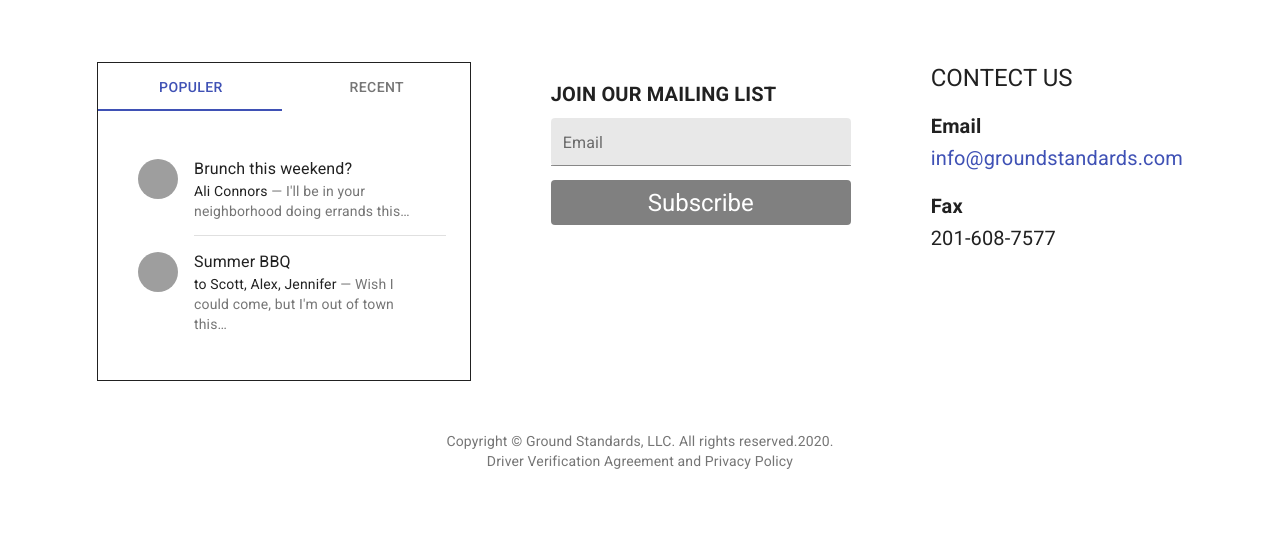
Repository: vinuvish/groundstandards_react
Page: /ourSolution
The author's editor kept a copy of each file at every save. The page is drawn from the files as they stood at one save, then again after the next save.
The browser window is 1280 px wide. The pictures show the part of the page from y = 300 to 951 px (the page is 851 px tall before and 951 px after).
Pictures or frames that could not be fetched are drawn as grey boxes. The page's requests for data from a server got no answer. The project was rebuilt for these pictures with package versions that can differ from the ones it lists, and the page was loaded fresh each time. No one was signed in, and anything a server would have sent is missing. Also part of the build but not shown: src/pages/app/NotFoundPage.tsx, src/pages/app/SignUpPage.tsx, src/pages/app/AboutPage.tsx, src/pages/app/OurPartnerPage.tsx, src/pages/app/ResourcePage.tsx, src/pages/app/PressPage.tsx, src/pages/app/BlockPage.tsx, src/pages/app/ContactPage.tsx and 4 more. Imported but missing from the stored project, and not drawn on this page: src/assets/video/video-2.mp4.

Above is the page before, as saved 2020-12-02 21:54:45.

### public/index.html
<!DOCTYPE html>
<html lang="en">
  <head>
    <meta charset="utf-8" />
    <link rel="icon" href="%PUBLIC_URL%/favicon.png" />
    <meta name="viewport" content="width=device-width, initial-scale=1" />
    <meta name="theme-color" content="#000000" />
    <meta name="description" content="Web site created using create-react-app" />
    <link rel="apple-touch-icon" href="%PUBLIC_URL%/logo192.png" />
    <link rel="stylesheet" href="https://fonts.googleapis.com/css?family=Roboto:300,400,500,700&display=swap" />
    <link rel="stylesheet" href="https://fonts.googleapis.com/icon?family=Material+Icons" />
    <!--
      manifest.json provides metadata used when your web app is installed on a
      user's mobile device or desktop. See https://developers.google.com/web/fundamentals/web-app-manifest/
    -->
    <link rel="manifest" href="%PUBLIC_URL%/manifest.json" />
    <!--
      Notice the use of %PUBLIC_URL% in the tags above.
      It will be replaced with the URL of the `public` folder during the build.
      Only files inside the `public` folder can be referenced from the HTML.

      Unlike "/favicon.ico" or "favicon.ico", "%PUBLIC_URL%/favicon.ico" will
      work correctly both with client-side routing and a non-root public URL.
      Learn how to configure a non-root public URL by running `npm run build`.
    -->
    <title>Ground Standard</title>
  </head>
  <body>
    <noscript>You need to enable JavaScript to run this app.</noscript>
    <div id="root"></div>
    <!--
      This HTML file is a template.
      If you open it directly in the browser, you will see an empty page.

      You can add webfonts, meta tags, or analytics to this file.
      The build step will place the bundled scripts into the <body> tag.

      To begin the development, run `npm start` or `yarn start`.
      To create a production bundle, use `npm run build` or `yarn build`.
    -->
  </body>
</html>

### src/App.tsx
import { CssBaseline, MuiThemeProvider, StylesProvider } from '@material-ui/core';
import { SnackbarProvider } from 'notistack';
import React from 'react';
import { theme } from './app_utils/MuiTheme';
import AppRouterRoutes from './AppRoutes';
import { useAppStore } from './models_stores/appStore';

function App() {
  const streamAuthUser = useAppStore((state) => state.streamAuthUser);
  const streamProducts = useAppStore((state) => state.streamDocuments);
  const streamCategories = useAppStore((state) => state.streamNotifications);
  const streamUsers = useAppStore((state) => state.streamUsers);

  React.useEffect(() => {
    streamAuthUser();
    streamCategories();
    streamUsers();
    streamProducts();
  }, []); // eslint-disable-line

  return (
    <SnackbarProvider maxSnack={3} anchorOrigin={{ vertical: 'bottom', horizontal: 'right' }}>
      <MuiThemeProvider theme={theme}>
        <CssBaseline />
        <StylesProvider injectFirst>
          <AppRouterRoutes></AppRouterRoutes>
        </StylesProvider>
      </MuiThemeProvider>
    </SnackbarProvider>
  );
}

export default App;

### src/app_utils/MuiTheme.tsx
import { createMuiTheme } from '@material-ui/core/styles';
import { BreakpointOverrides } from '@material-ui/core/styles/createBreakpoints';
import { Shadows } from '@material-ui/core/styles/shadows';

declare module '@material-ui/core/styles/createBreakpoints' {
  interface BreakpointOverrides {
    xs: true;
    sm: true;
    md: true;
    lg: true;
    xl: true;
    tablet: true;
    laptop: true;
    desktop: true;
  }
}

export const theme = createMuiTheme({
  breakpoints: {
    values: { xs: 0, sm: 600, md: 960, lg: 1280, xl: 1920, tablet: 400, laptop: 900, desktop: 1200 }
  },

  shadows: Array(25).fill('none') as Shadows,

  props: {
    MuiInput: { disableUnderline: true },
    MuiButton: { disableElevation: true },
    MuiButtonBase: { disableRipple: true },
    MuiPaper: { elevation: 0 },
    MuiCard: { elevation: 0 },
    MuiDivider: { color: 'white' },
    MuiOutlinedInput: {}
  },
  overrides: {
    MuiPaper: {
      root: {
        elevation: 0
      }
    },
    MuiCard: {
      root: {
        elevation: 0
      }
    },
    MuiButton: {
      root: {
        textTransform: 'capitalize'
      }
    }
  },
  palette: {
    background: {
      default: '#F2F5F7'
    }
  }
});

export const breakpoint = {
  xs: `(min-width: 0px)`,
  sm: `(min-width: 576px)`,
  md: `(min-width: 768px)`,
  lg: `(min-width: 992px)`,
  xl: `(min-width: 1200px)`
};

### src/AppRoutes.tsx
import { Container, createStyles, Grid, makeStyles, Theme } from '@material-ui/core';
import React from 'react';
import { Route, Router, Switch } from 'react-router-dom';
import ZAppBar from './components/ZAppBar';
import ZAppBarDrawer from './components/ZAppBarDrawer';
import NotFoundPage from './pages/app/NotFoundPage';
import SignUpPage from './pages/app/SignUpPage';
import history from './app_utils/History';
import AboutPage from './pages/app/AboutPage';
import OurSolutionPage from './pages/app/OurSolutionPage';
import OurPartnerPage from './pages/app/OurPartnerPage';
import ResourcePage from './pages/app/ResourcePage';
import PressPage from './pages/app/PressPage';
import BlockPage from './pages/app/BlockPage';
import ContactPage from './pages/app/ContactPage';
import AppHomePage from './pages/app/AppHomePage';
import ZFooter from './components/ZFooter';

const AppRouterRoutes = () => {
  const classes = useStyles();

  return (
    <Router history={history}>

      <ZAppBar />
      <Switch>{[AppRoutes]}</Switch>
      <ZFooter />
    </Router>


  );
};


const AppRoutes = [
  <Route exact path='/' component={AppHomePage} />,
  <Route exact path='/aboutUs' component={AboutPage} />,
  <Route exact path='/signUp' component={SignUpPage} />,
  <Route exact path='/ourSolution' component={OurSolutionPage} />,
  <Route exact path='/ourPartner' component={OurPartnerPage} />,
  <Route exact path='/resource' component={ResourcePage} />,
  <Route exact path='/press' component={PressPage} />,
  <Route exact path='/blog' component={BlockPage} />,
  <Route exact path='/contact' component={ContactPage} />,
  <Route component={NotFoundPage} />
];

const useStyles = makeStyles((theme: Theme) =>
  createStyles({
    grid: {
      display: 'flex'
    },
    containerAuthenticated: {
      margin: 'auto',
      marginTop: 68,
      padding: 20,
      width: `calc(100% - 240px)`,
      [theme.breakpoints.down('md')]: {
        width: '100%'
      }
    },
    containerUnauthenticated: {}
  })
);

export default AppRouterRoutes;

### src/models_stores/appStore.ts
import { mountStoreDevtool } from 'simple-zustand-devtools';
import create from 'zustand';
import { fireAuth, fireFirestore } from '../firebase/firebase';
import { AuthUser } from '../models/AuthUserModel';
import { DocumentModel } from '../models/DocumentModel';
import { NotificationModel } from '../models/NotificationModel';

type State = {
  documents: DocumentModel[];
  streamDocuments: () => void;

  notifications: NotificationModel[];
  streamNotifications: () => void;

  users: AuthUser[];
  streamUsers: () => void;

  isInitializing?: boolean;
  authUser: AuthUser | null;
  streamAuthUser: () => void;
};

export const useAppStore = create<State>((set, get) => ({
  /* ------------------------------ NOTE AUTHUSER ----------------------------- */
  isInitializing: true,
  authUser: null,

  streamAuthUser: () => {
    fireAuth.onAuthStateChanged(async (user) => {
      if (user) {
        const query = await fireFirestore.collection('users').doc(user.uid).get();

        const authUser = AuthUser.fromFirestore(query);

        set((state) => {
          return { ...state, authUser: authUser, isInitializing: false };
        });
      } else {
        set((state) => {
          return { ...state, authUser: null, isInitializing: false };
        });
      }
    });
  },

  /* ------------------------------ NOTE Users ----------------------------- */
  users: [],

  streamUsers: () => {
    if (get().users.length === 0)
      fireFirestore.collection('users').onSnapshot((querySnapshot: firebase.firestore.QuerySnapshot<firebase.firestore.DocumentData>) => {
        let users: AuthUser[] = [];
        querySnapshot.docs.forEach((docSnapshot) => {
          const res = AuthUser.fromFirestore(docSnapshot);
          if (res) users.push(res);
        });

        set((state) => {
          return { ...state, users: users };
        });
      });
  },
  /* ------------------------------ NOTE PRODUCTS ----------------------------- */
  documents: [],

  streamDocuments: () => {
    if (get().documents.length === 0)
      fireFirestore
        .collection('documents')
        .limit(200)
        .onSnapshot((querySnapshot: firebase.firestore.QuerySnapshot<firebase.firestore.DocumentData>) => {
          let documents: DocumentModel[] = [];

          querySnapshot.docs.forEach((docSnapshot) => {
            const res = DocumentModel.fromFirestore(docSnapshot);
            if (res) documents.push(res);
          });

          set((state) => {
            return { ...state, documents: documents };
          });
        });
  },

  notifications: [],
  streamNotifications: () => {
    if (get().notifications.length === 0)
      fireFirestore.collection('notifications').onSnapshot((querySnapshot: firebase.firestore.QuerySnapshot<firebase.firestore.DocumentData>) => {
        let notifications: NotificationModel[] = [];

        querySnapshot.docs.forEach((docSnapshot) => {
          const res = NotificationModel.fromFirestore(docSnapshot);
          if (res) notifications.push(res);
        });

        set((state) => {
          return { ...state, notifications: notifications };
        });
      });
  }
}));

if (process.env.NODE_ENV === 'development') {
  mountStoreDevtool('Store', useAppStore);
}

### src/app_utils/History.tsx
import { createBrowserHistory } from 'history';
export default createBrowserHistory({});

### src/pages/app/OurSolutionPage.tsx
import * as React from 'react';
import { makeStyles, Theme } from '@material-ui/core/styles';
import { Box, Grid, Typography } from '@material-ui/core';

interface Props { }

const OurSolutionPage: React.FC<Props> = () => {
    const classes = useStyles();
    return (
        <div className={classes.root}>
            <Grid container direction='column'>
                <Grid item xs={12}>
                    <Typography variant="h2">
                        <Box fontWeight={600} justifyContent='center' >
                            THE #1 SOLUTION
               </Box>
                    </Typography>
                </Grid>
            </Grid>

        </div>


    );
};

const useStyles = makeStyles((theme: Theme) => ({
    root: {
        width: '100vW',
        padding: theme.spacing(10, 20),
    }, grid: {
        padding: '50px',
        justifyContent: 'center',
        alignItems: 'center',
    },
}));

OurSolutionPage.defaultProps = {};

export default OurSolutionPage;

### src/firebase/firebase.tsx
import firebase from 'firebase/app';
import 'firebase/firestore';
import 'firebase/auth';
import 'firebase/storage';

const firebaseConfig = {
  apiKey: 'AIzaSyBWf1JYtcld5rEhou2YyANxAtl20AylP80',
  authDomain: 'groundstandards-8a1dd.firebaseapp.com',
  databaseURL: 'https://groundstandards-8a1dd.firebaseio.com',
  projectId: 'groundstandards-8a1dd',
  storageBucket: 'groundstandards-8a1dd.appspot.com',
  messagingSenderId: '137110708999',
  appId: '1:137110708999:web:ab0b42be7878425a805ba2',
  measurementId: 'G-V8H0LZB9DH'
};

if (!firebase.apps.length) firebase.initializeApp(firebaseConfig);

const firestore = firebase.firestore();
const auth = firebase.auth();

export { firebase as fireFirebase, firestore as fireFirestore, auth as fireAuth };

### src/models/AuthUserModel.ts
export class AuthUser implements IAuthUser {
  email: string;
  firstName: string;
  id: string;
  lastName: string;
  isActive: boolean;
  isAdmin: boolean;
  timestampAdded: Date;
  timestampLastLogin: Date;

  constructor(x: IAuthUser) {
    this.email = x.email;
    this.firstName = x.firstName;
    this.id = x.id;
    this.lastName = x.lastName;
    this.isActive = x.isActive;
    this.isAdmin = x.isAdmin;
    this.timestampAdded = x.timestampAdded;
    this.timestampLastLogin = x.timestampLastLogin;
  }

  static fromFirestore(doc: firebase.firestore.DocumentSnapshot<firebase.firestore.DocumentData>): AuthUser | null {
    const data = doc.data();
    if (!data) return null;

    return new AuthUser({
      email: data['email'] ?? '',
      firstName: data['firstName'] ?? '',
      id: doc.id,
      lastName: data['lastName'] ?? '',
      isActive: data['isActive'] ?? true,
      isAdmin: data['isAdmin'] ?? false,
      timestampAdded: data['timestampAdded']?.toDate() ?? new Date(),
      timestampLastLogin: data['timestampLastLogin']?.toDate() ?? new Date()
    });
  }

  getFullName(): string {
    return `${this.firstName} ${this.lastName}`;
  }
}

interface IAuthUser {
  email: string;
  firstName: string;
  id: string;
  lastName: string;
  isActive: boolean;
  isAdmin: boolean;
  timestampAdded: Date;
  timestampLastLogin: Date;
}
export interface IAuthUserRegister {
  email: string;
  firstName: string;
  lastName: string;
  password: string;
  isAdmin: boolean;
}

export interface IAuthUserUpdate {
  id: string;
  firstName: string;
  lastName: string;
  isActive: boolean;
  isAdmin: boolean;
}

### src/models/NotificationModel.ts
export class NotificationModel implements IEventModel {
  body: string;
  title: string;
  linkUrl: string;
  id: string;
  timestampAdded: Date;

  constructor(x: IEventModel) {
    {
      this.id = x.id;
      this.linkUrl = x.linkUrl;
      this.body = x.body;
      this.timestampAdded = x.timestampAdded;
      this.title = x.title;
    }
  }

  static fromFirestore(doc: firebase.firestore.DocumentSnapshot<firebase.firestore.DocumentData>): NotificationModel | null {
    const data = doc.data();
    if (!data) return null;
    return new NotificationModel({
      body: data['body'] ?? '',
      id: doc.id,
      linkUrl: data['linkUrl'] ?? '',
      timestampAdded: data['timestampAdded']?.toDate() ?? Date.now(),
      title: data['title'] ?? ''
    });
  }
}

interface IEventModel {
  body: string;
  title: string;
  linkUrl: string;
  id: string;
  timestampAdded: Date;
}

### src/components/ZAppBarDrawerTemp.tsx
import Divider from '@material-ui/core/Divider';
import Drawer from '@material-ui/core/Drawer';
import List from '@material-ui/core/List';
import ListItem from '@material-ui/core/ListItem';
import ListItemIcon from '@material-ui/core/ListItemIcon';
import ListItemText from '@material-ui/core/ListItemText';
import { createStyles, makeStyles, Theme } from '@material-ui/core/styles';
import SummaryIcon from '@material-ui/icons/BarChart';
import MailIcon from '@material-ui/icons/Mail';
import InboxIcon from '@material-ui/icons/MoveToInbox';
import React from 'react';
import { Link, useHistory } from 'react-router-dom';

const drawerWidth = 240;

interface PropsTemp {
  open: boolean;
  setOpen: (val: boolean) => void;
}

const ZAppBarDrawerTemp: React.FC<PropsTemp> = ({ open, setOpen }) => {
  const classes = useStyles();
  const history = useHistory();



  const toggleDrawer = (open: boolean) => (event: React.KeyboardEvent | React.MouseEvent) => {
    if (event.type === 'keydown' && ((event as React.KeyboardEvent).key === 'Tab' || (event as React.KeyboardEvent).key === 'Shift')) {
      return;
    }
    setOpen(open);
  };

  return (
    <React.Fragment key={'tempDrawer'}>
      <Drawer className={classes.drawerTemp} anchor='left' open={open} onClose={toggleDrawer(false)}>
        <List className={classes.drawerTempListWidth}>
          <ListItem button component={Link} to='/' >
            <img src="http://groundstandards.com/wp-content/uploads/GS-logo-150.png" />
          </ListItem>
        </List>
        <Divider />
        <List>
          <ListItem button component={Link} to='/'>
            <ListItemText className={classes.tabText} primary='home' />
          </ListItem>
          <Divider />
          <ListItem button component={Link} to='/aboutUs'>
            <ListItemText className={classes.tabText} primary='about us' />
          </ListItem>
          <Divider />
          <ListItem button component={Link} to='/signUp'>
            <ListItemText className={classes.tabText} primary='sign up!' />
          </ListItem>
          <Divider />
          <ListItem button component={Link} to='/ourSolution'>
            <ListItemText className={classes.tabText} primary='our solution' />
          </ListItem>
          <Divider />
          <ListItem button component={Link} to='/ourPartner'>
            <ListItemText className={classes.tabText} primary='our partners' />
          </ListItem>
          <Divider />
          <ListItem button component={Link} to='/resource'>
            <ListItemText className={classes.tabText} primary='resources' />
          </ListItem>
          <Divider />
          <ListItem button component={Link} to='/press'>
            <ListItemText className={classes.tabText} primary='press' />
          </ListItem>
          <Divider />
          <ListItem button component={Link} to='/blog'>
            <ListItemText className={classes.tabText} primary='blog' />
          </ListItem>
          <Divider />
          <ListItem button component={Link} to='/contact'>
            <ListItemText className={classes.tabText} primary='contact' />
          </ListItem>
          <Divider />
        </List>
      </Drawer>
    </React.Fragment>
  );
};

const useStyles = makeStyles((theme: Theme) =>
  createStyles({
    drawer: {
      width: drawerWidth,
      flexShrink: 0,
      [theme.breakpoints.down('md')]: {
        display: 'none'
      }
    },
    drawerTemp: {
      flexShrink: 0,
      display: 'none',
      [theme.breakpoints.down('md')]: {
        display: 'flex'
      }
    },
    drawerTempListWidth: {
      width: drawerWidth
    },
    drawerPaper: {
      width: drawerWidth
    },
    drawerContainer: {
      overflow: 'auto'
    },
    content: {
      flexGrow: 1,
      padding: theme.spacing(3)
    },
    icons: {
      fontSize: 22
    },
    tabText: {
      marginLeft: 10,
      fontFamily: 'Roboto, Helvetica, Arial, sans-serif',
      fontWeight: 400,
      lineHeight: 1.5,
      letterSpacing: '0.00938em',
      textTransform: `capitalize`,
    }
  })
);

export default ZAppBarDrawerTemp;

### src/components/ZTextFromField.tsx
import * as React from 'react';
import { makeStyles, TextField, Theme } from '@material-ui/core';
import { Controller, FieldError, Control } from 'react-hook-form';

interface Props {
  label: string;
  defaultValue?: string;
  className?: string;
  control: Control;
  error?: FieldError | undefined;
  name: string;
  rules?: any;
  rows?: number;
  type?: string;
  disabled?: boolean;
  variant?: 'standard' | 'filled' | 'outlined' | undefined;
}

const ZTextFormField: React.FC<Props> = ({ label, defaultValue, className, control, name, rules, rows, type, variant, error, disabled }) => {
  const classes = useStyles();
  return (
    <div key={name} className={className}>
      <Controller
        key={name}
        as={
          <TextField
            InputProps={{
              classes: { root: classes.root }
            }}
            disabled={disabled ?? false}
            name={name}
            error={error?.message ? true : false}
            helperText={error?.message ? error.message : undefined}
            fullWidth
            margin='dense'
            multiline={type ? false : true}
            rows={type ? undefined : rows}
            type={type}
            variant={(variant ?? 'outlined') as any}
          />
        }
        rules={rules ?? { required: 'This field is required' }}
        autoComplete='false'
        label={label}
        name={name}
        control={control}
        defaultValue={defaultValue ?? ''}
      />
    </div>
  );
};

const useStyles = makeStyles((theme: Theme) => ({
  root: {
    borderRadius: '4px'
  }
}));

ZTextFormField.defaultProps = {};

export default ZTextFormField;

// rules={register({
//             required: true,
//             pattern: {
//               value: /^[A-Z0-9._%+-]+@[A-Z0-9.-]+\.[A-Z]{2,}$/i,
//               message: 'Invalid email address',
//             },
//           })}

### src/components/ZTabPanal.tsx
import { Box, Typography } from '@material-ui/core';
import React from 'react';


interface Props {
    children?: React.ReactNode;
    dir?: string;
    index: any;
    value: any;
}

const ZTabPanal: React.FC<Props> = ({ children, value, index, ...other }) => {

    return (
        <Box borderTop={0} >
            <div
                role="tabpanel"
                hidden={value !== index}
                id={`full-width-tabpanel-${index}`}
                aria-labelledby={`full-width-tab-${index}`}
                {...other}>
                {value === index && (
                    <Box p={3}>
                        <Typography>{children}</Typography>
                    </Box>
                )}

            </div>
        </Box>
    );


}

ZTabPanal.defaultProps = {};

export default ZTabPanal;

### src/components/ZListCard.tsx
import { Box, createStyles, makeStyles, Theme } from '@material-ui/core';
import React from 'react';
import List from '@material-ui/core/List';
import ListItem from '@material-ui/core/ListItem';
import Divider from '@material-ui/core/Divider';
import ListItemText from '@material-ui/core/ListItemText';
import ListItemAvatar from '@material-ui/core/ListItemAvatar';
import Avatar from '@material-ui/core/Avatar';
import Typography from '@material-ui/core/Typography';

interface Props {
    children?: React.ReactNode;
    dir?: string;
    index: any;
    value: any;
}

const ZListCard = () => {
    const classes = useStyles();

    return (
        <>
            <List className={classes.root}>
                <ListItem alignItems="flex-start">
                    <ListItemAvatar>
                        <Avatar alt="Remy Sharp" src="/static/images/avatar/1.jpg" />
                    </ListItemAvatar>
                    <ListItemText
                        primary="Brunch this weekend?"
                        secondary={
                            <React.Fragment>
                                <Typography
                                    component="span"
                                    variant="body2"
                                    className={classes.inline}
                                    color="textPrimary"
                                >
                                    Ali Connors
                  </Typography>
                                {" — I'll be in your neighborhood doing errands this…"}
                            </React.Fragment>
                        }
                    />
                </ListItem>
                <Divider variant="inset" component="li" />
                <ListItem alignItems="flex-start">
                    <ListItemAvatar>
                        <Avatar alt="Travis Howard" src="/static/images/avatar/2.jpg" />
                    </ListItemAvatar>
                    <ListItemText
                        primary="Summer BBQ"
                        secondary={
                            <React.Fragment>
                                <Typography
                                    component="span"
                                    variant="body2"
                                    className={classes.inline}
                                    color="textPrimary"
                                >
                                    to Scott, Alex, Jennifer
                  </Typography>
                                {" — Wish I could come, but I'm out of town this…"}
                            </React.Fragment>
                        }
                    />
                </ListItem>

            </List>
        </>
    );

}

ZListCard.defaultProps = {};

export default ZListCard;
const useStyles = makeStyles((theme: Theme) =>
    createStyles({
        root: {
            width: '100%',
            maxWidth: '36ch',
            backgroundColor: theme.palette.background.paper,
        },
        inline: {
            display: 'inline',
        },
    }),
);

Loaded but not shown: src/index.tsx (common file); src/styles/index.css (common file); src/components/ZAppBar.tsx (209 lines, source omitted); src/components/ZFooter.tsx (169 lines, source omitted); src/models/DocumentModel.ts (144 lines, source omitted)

After the next save:
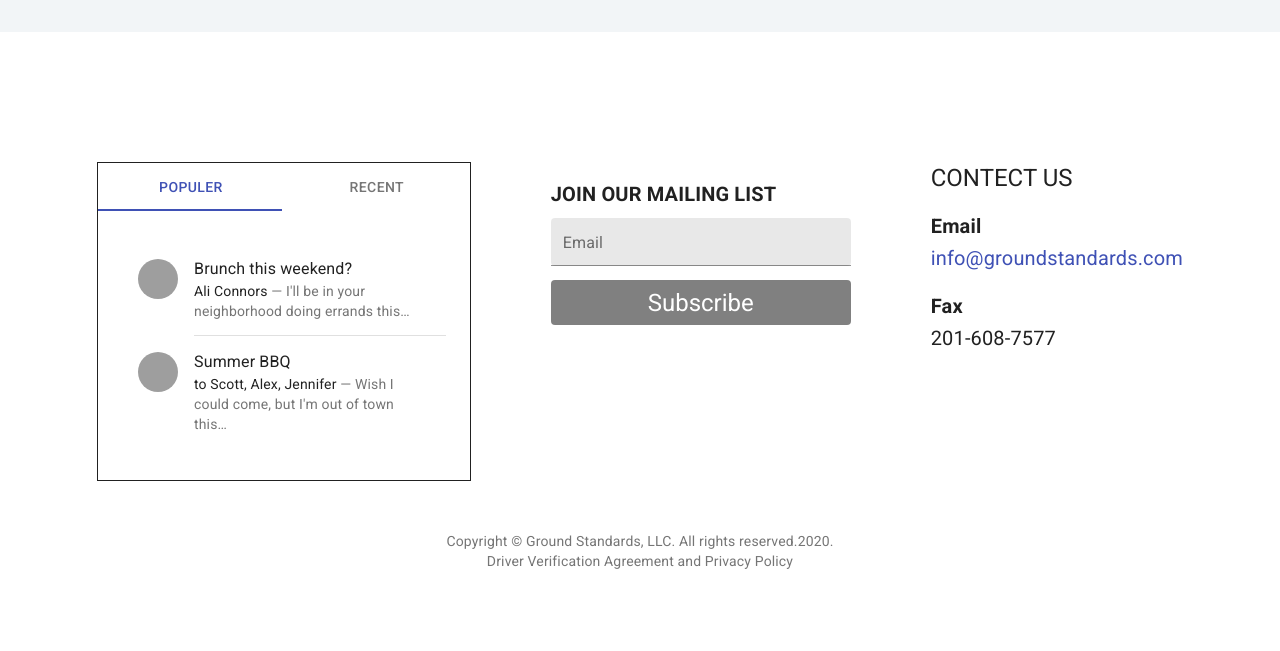
Saved 9 s later.
--- a/src/pages/app/OurSolutionPage.tsx
+++ b/src/pages/app/OurSolutionPage.tsx
@@ -8,7 +8,7 @@ const OurSolutionPage: React.FC<Props> = () => {
     const classes = useStyles();
     return (
         <div className={classes.root}>
-            <Grid container direction='column'>
+            <Grid container className={classes.grid} direction='column'>
                 <Grid item xs={12}>
                     <Typography variant="h2">
                         <Box fontWeight={600} justifyContent='center' >
